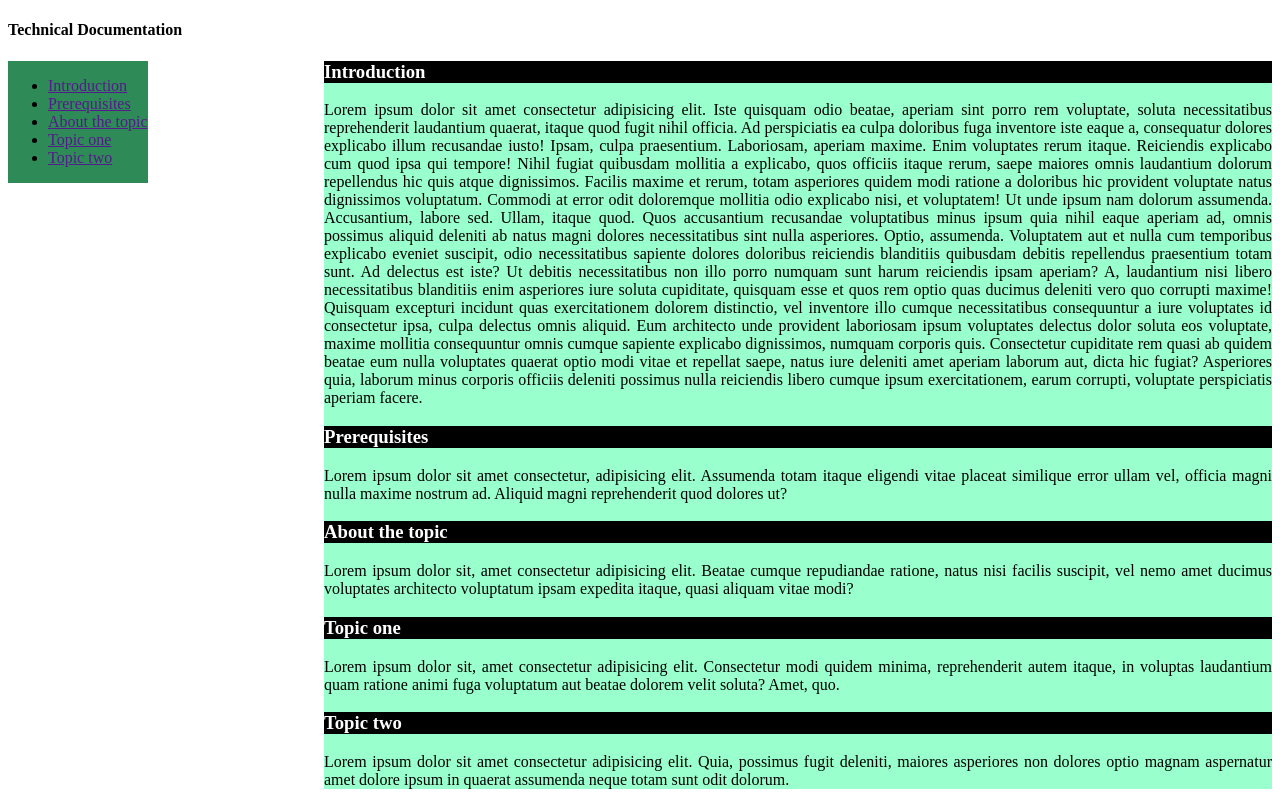
Repository: JoaoLemesDEV/Excercise-Tech-Documentation-Page
Page: index.html
An editor plug-in stored every save of this project. The page is shown before and after the next save, followed by the edit.
The browser window is 1280 px wide. The pictures show the whole page.

Above is the page before, as saved 2021-10-03 21:08:37.

After the next save:
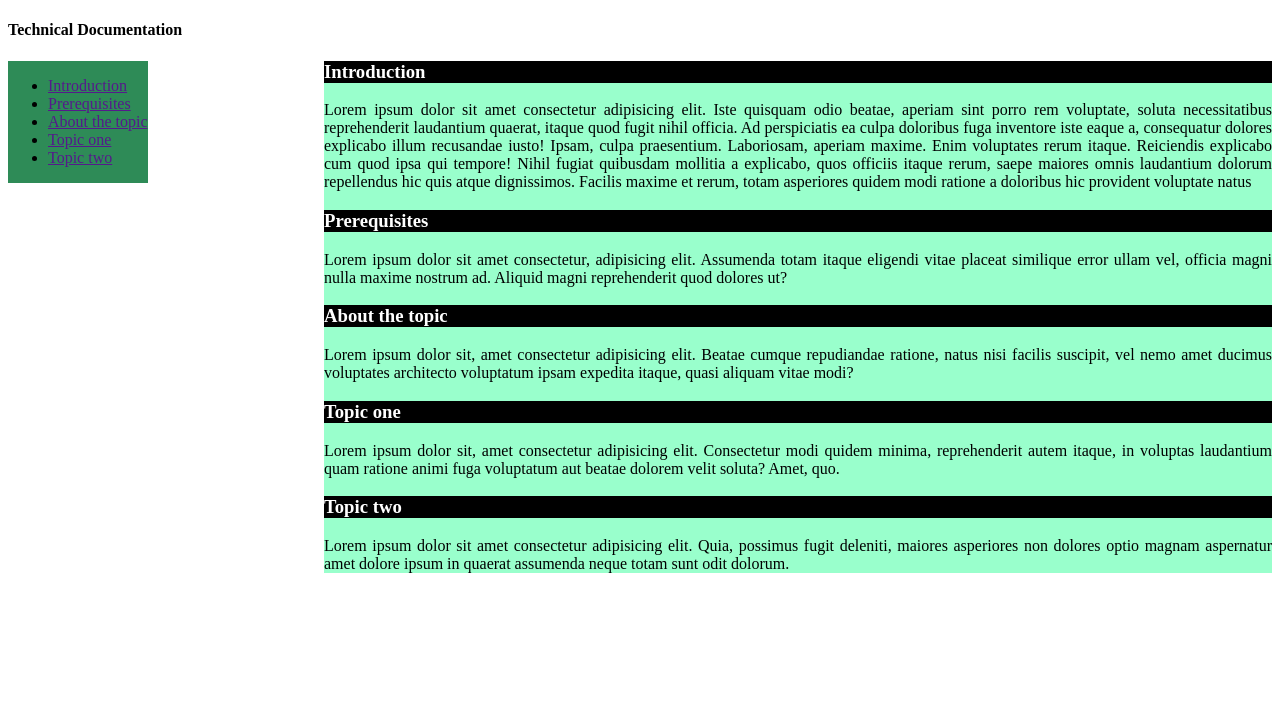
Saved 5 min 3 s later.
--- a/index.html
+++ b/index.html
@@ -36,31 +36,7 @@
             itaque rerum, saepe maiores omnis laudantium dolorum repellendus hic
             quis atque dignissimos. Facilis maxime et rerum, totam asperiores
             quidem modi ratione a doloribus hic provident voluptate natus
-            dignissimos voluptatum. Commodi at error odit doloremque mollitia
-            odio explicabo nisi, et voluptatem! Ut unde ipsum nam dolorum
-            assumenda. Accusantium, labore sed. Ullam, itaque quod. Quos
-            accusantium recusandae voluptatibus minus ipsum quia nihil eaque
-            aperiam ad, omnis possimus aliquid deleniti ab natus magni dolores
-            necessitatibus sint nulla asperiores. Optio, assumenda. Voluptatem
-            aut et nulla cum temporibus explicabo eveniet suscipit, odio
-            necessitatibus sapiente dolores doloribus reiciendis blanditiis
-            quibusdam debitis repellendus praesentium totam sunt. Ad delectus
-            est iste? Ut debitis necessitatibus non illo porro numquam sunt
-            harum reiciendis ipsam aperiam? A, laudantium nisi libero
-            necessitatibus blanditiis enim asperiores iure soluta cupiditate,
-            quisquam esse et quos rem optio quas ducimus deleniti vero quo
-            corrupti maxime! Quisquam excepturi incidunt quas exercitationem
-            dolorem distinctio, vel inventore illo cumque necessitatibus
-            consequuntur a iure voluptates id consectetur ipsa, culpa delectus
-            omnis aliquid. Eum architecto unde provident laboriosam ipsum
-            voluptates delectus dolor soluta eos voluptate, maxime mollitia
-            consequuntur omnis cumque sapiente explicabo dignissimos, numquam
-            corporis quis. Consectetur cupiditate rem quasi ab quidem beatae eum
-            nulla voluptates quaerat optio modi vitae et repellat saepe, natus
-            iure deleniti amet aperiam laborum aut, dicta hic fugiat? Asperiores
-            quia, laborum minus corporis officiis deleniti possimus nulla
-            reiciendis libero cumque ipsum exercitationem, earum corrupti,
-            voluptate perspiciatis aperiam facere.
+
           </p>
         </section>
         <section id="Prerequisites">
